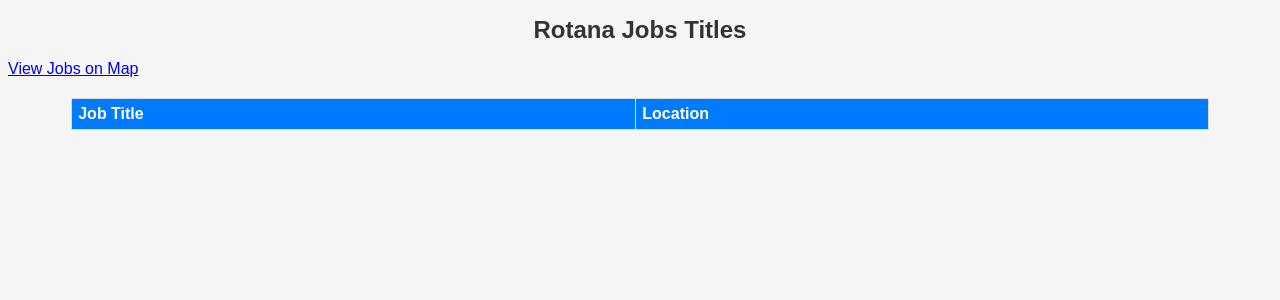
Repository: Reham28/RotanaJobs
Page: public/index.html
The author's editor kept a copy of each file at every save. The page is drawn from the files as they stood at one save, then again after the next save.
The browser window is 1280 px wide. The pictures show the whole page.
The page's requests for data from a server got no answer.

Above is the page before, as saved 2023-09-16 18:40:41.

### public/index.html
<!DOCTYPE html>
<html lang="en">
<head>
  <meta charset="UTF-8">
  <meta name="viewport" content="width=device-width, initial-scale=1.0">
  <title>Rotana Jobs and location</title>
  <link rel="stylesheet" href="style.css">
</head>
<body>
  <h1>Rotana Jobs Titles </h1>
  <div class="nav-link">
    <a href="map.html">View Jobs on Map</a>
  </div>
  <table id="jobTable">
    <thead>
      <tr>
        <th>Job Title</th>
        <th>Location</th>
      </tr>
    </thead>
    <tbody></tbody>
  </table>

  <script src="app.js"></script>
</body>
</html>

### public/style.css
body {
    font-family: Arial, sans-serif;
  }

  h1 {
    text-align: center;
  }

  table {
    border-collapse: collapse;
    width: 50%;
    margin: 0 auto;
  }

  th, td {
    border: 1px solid #ddd;
    padding: 8px;
    text-align: left;
  }

  tr:nth-child(even) {
    background-color: #f2f2f2;
  }

  #map {
    height: 500px;
    width: 80%;
    margin: 0 auto;
  }

  body {
    font-family: Arial, sans-serif;
    background-color: #f5f5f5;
  }

  .container {
    background-color: #fff;
    border-radius: 10px;
    box-shadow: 0 0 20px rgba(0, 0, 0, 0.1);
    padding: 10px;
    max-width: 800px;
    margin: 10px auto;
  }

  h1 {
    text-align: center;
    font-size: 24px;
    color: #333;
  }

  table {
    width: 90%;
    border-collapse: collapse;
    margin-top: 20px;
    background-color: #f9f9f9;
    border-radius: 8px;
  }

  th, td {
    padding: 6px 6px;
    text-align: left;
  }

  th {
    background-color: #007bff;
    color: #fff;
  }

  tr:nth-child(even) {
    background-color: #f3f0f0;
  }

  tr:hover {
    background-color: #ddd;
  }

### public/app.js
document.addEventListener('DOMContentLoaded', () => {
    const jobTable = document.getElementById('jobTable').getElementsByTagName('tbody')[0];

    fetch('/jobs')
      .then(response => response.json())
      .then(data => {
        data.forEach(job => {
          const row = jobTable.insertRow();
          const titleCell = row.insertCell(0);
          const locationCell = row.insertCell(1);

          titleCell.innerText = job.title;
          locationCell.innerText = job.location;
        });
      })
      .catch(error => console.error('Error:', error));
  });

After the next save:
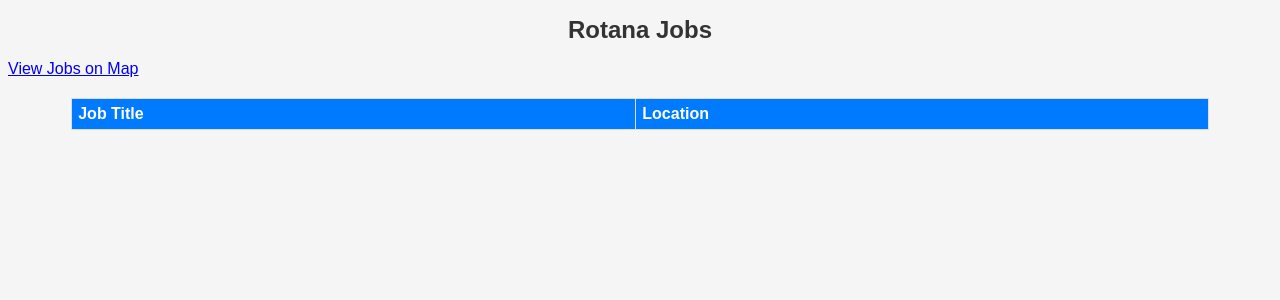
Saved 17 s later.
--- a/public/index.html
+++ b/public/index.html
@@ -7,7 +7,7 @@
   <link rel="stylesheet" href="style.css">
 </head>
 <body>
-  <h1>Rotana Jobs Titles </h1>
+  <h1>Rotana Jobs  </h1>
   <div class="nav-link">
     <a href="map.html">View Jobs on Map</a>
   </div>
